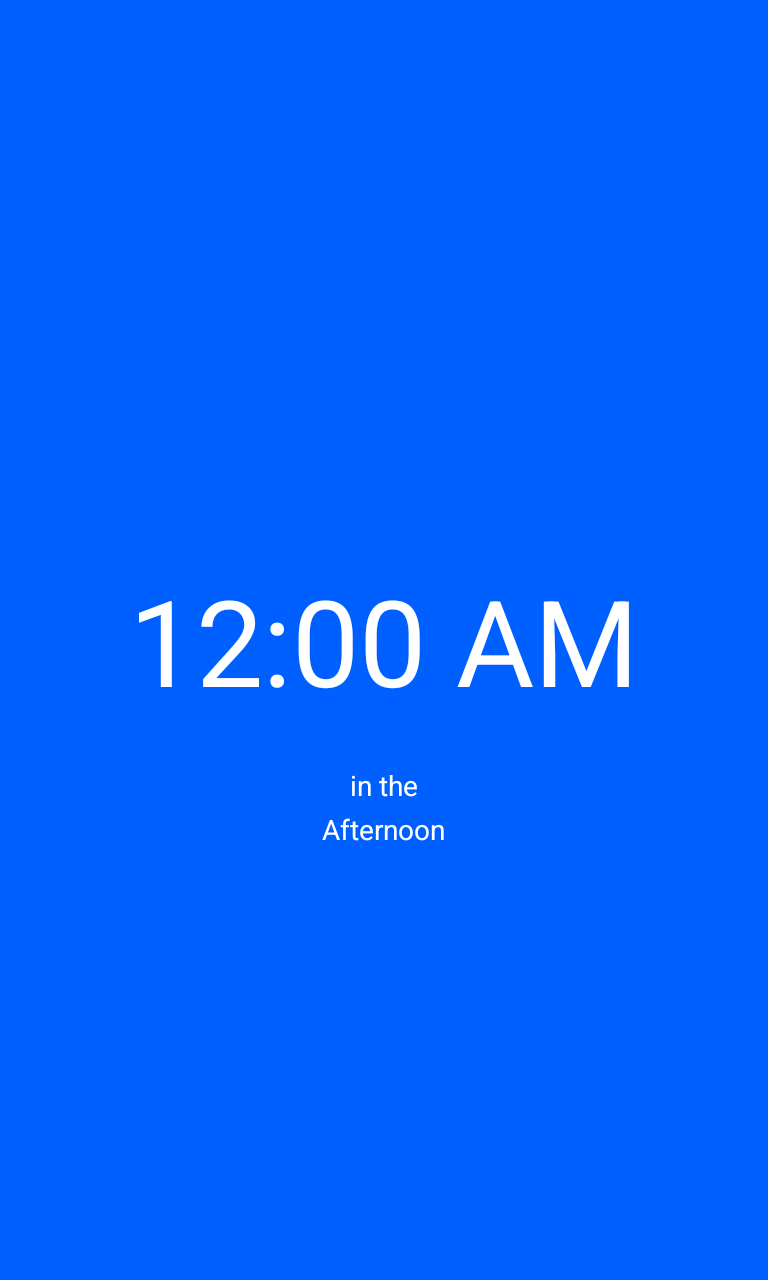
Repository: DinkyDetailsLLC/ADP2
Layout: WakeTimerforKids/res/layout/activity_main.xml
The author's editor kept a copy of each file at every save. The layout is drawn from the files as they stood at one save, then again after the next save.
It is drawn on a 768 x 1280 px phone screen (xhdpi) without system bars, with theme AppTheme; the app's code is not run.

Above is the layout before, as saved 2014-02-12 05:43:17.

After the next save:
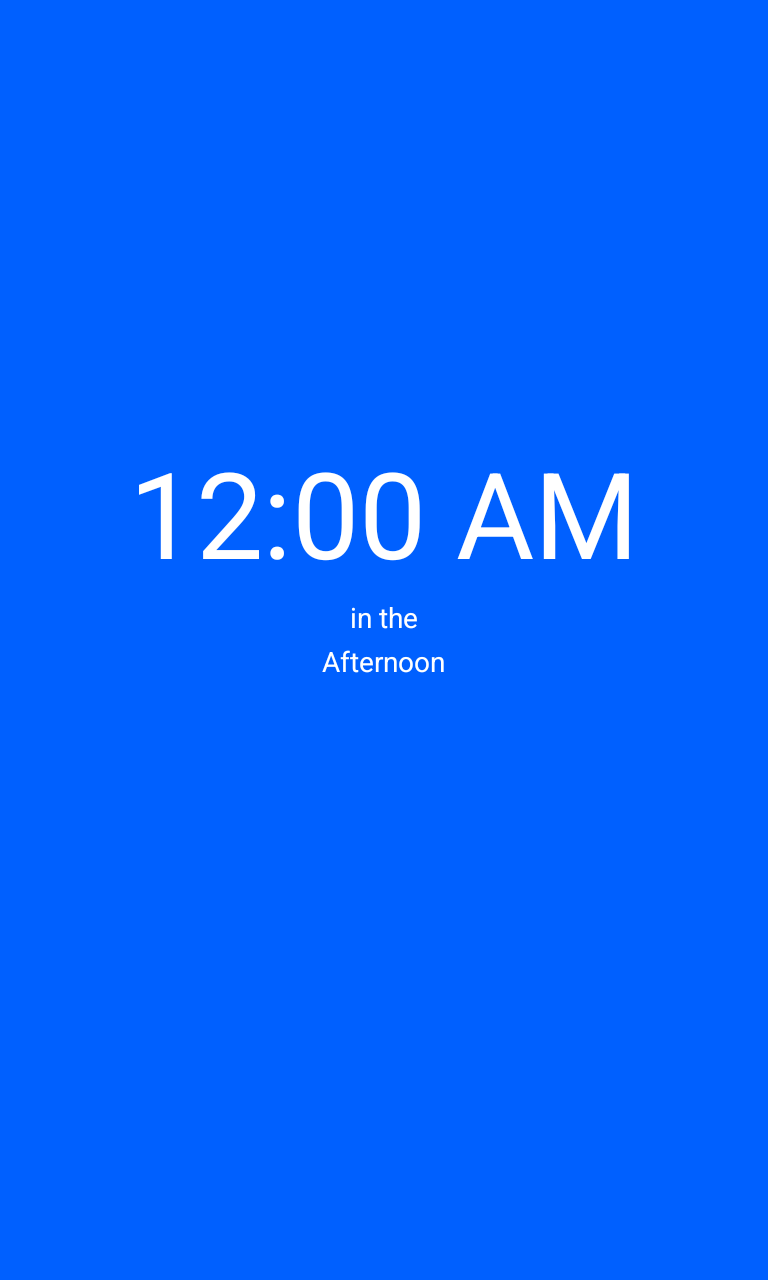
Saved 34 s later.
--- a/WakeTimerforKids/res/layout/activity_main.xml
+++ b/WakeTimerforKids/res/layout/activity_main.xml
@@ -13,9 +13,8 @@
         android:id="@+id/textclock1"
         android:layout_width="wrap_content"
         android:layout_height="wrap_content"
-        android:layout_centerVertical="true"
         android:layout_centerHorizontal="true"
-        android:layout_marginBottom="20dp"
+        android:layout_marginTop="200dp"
         android:textColor="@color/white"
         android:textSize="60sp"
         android:text="@string/clock" />
